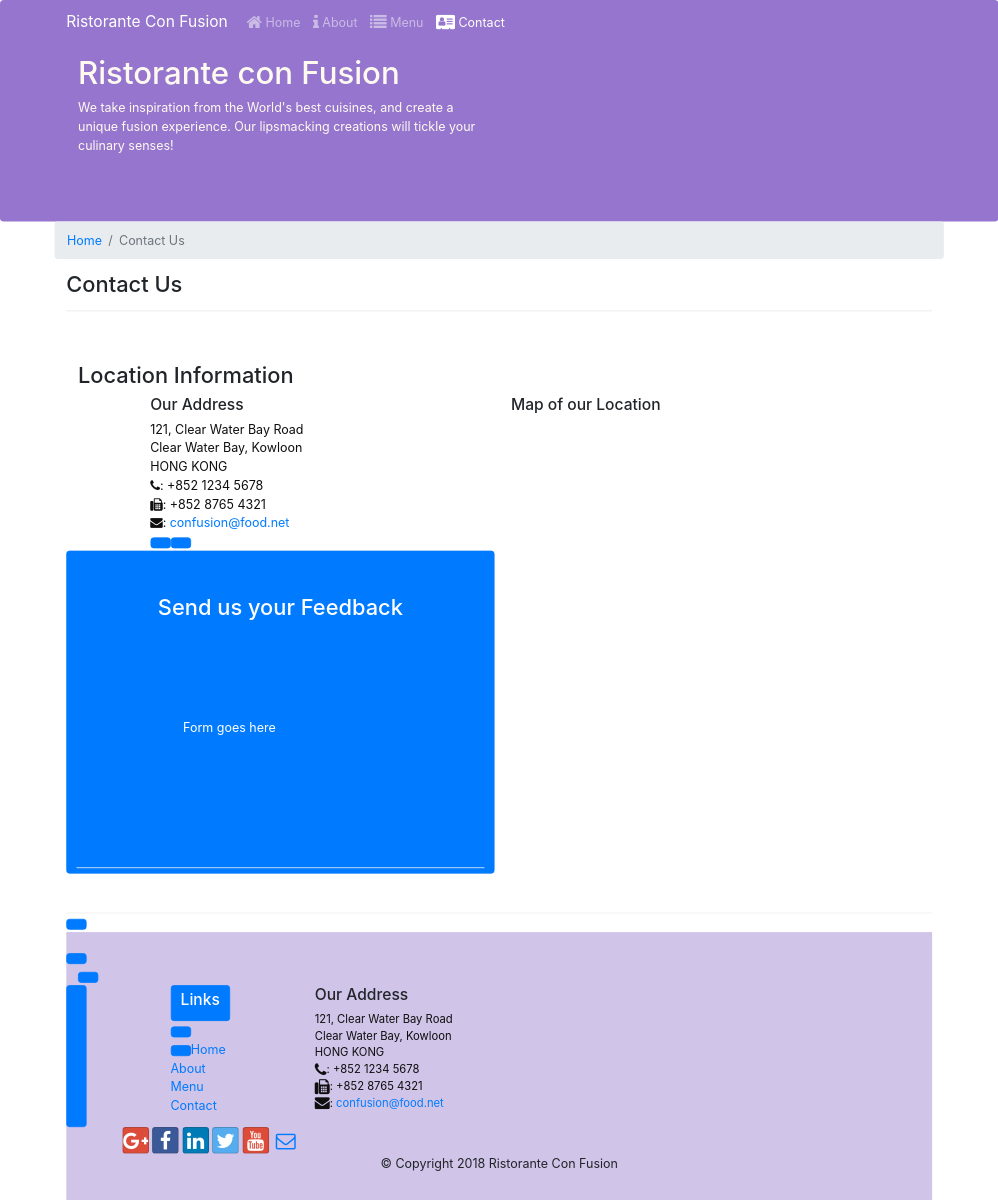
Repository: HwZau/conFusion
Page: contactus.html
An editor plug-in stored every save of this project. The page is shown before and after a run of saves, followed by the edit.
The browser window is 1280 px wide. The pictures show the whole page, at 78% of full size.

Above is the page before, as saved 2022-05-19 09:31:42.

### contactus.html
<!DOCTYPE html>
<html lang="en">
  <head>
    <title>Ristorante Con Fusion: About Us</title>
    <!-- Required meta tags always come first -->
    <meta charset="utf-8" />
    <meta
      name="viewport"
      content="width=device-width, initial-scale=1, shrink-to-fit=no"
    />
    <meta http-equiv="x-ua-compatible" content="ie=edge" />

    <!-- Bootstrap CSS -->
    <link
      rel="stylesheet"
      href="node_modules/bootstrap/dist/css/bootstrap.min.css"
    />
    <link
      rel="stylesheet"
      href="node_modules/font-awesome/css/font-awesome.min.css"
    />
    <link
      rel="stylesheet"
      href="node_modules/bootstrap-social/bootstrap-social.css"
    />
    <link rel="stylesheet" href="css/style.css" />
  </head>

  <body>
    <nav class="navbar navbar-dark navbar-expand-sm fixed-top">
      <div class="container">
        <button
          class="navbar-toggler"
          type="button"
          data-toggle="collapse"
          data-target="#Navbar"
        >
          <span class="navbar-toggler-icon"></span>
        </button>
        <a class="navbar-brand" href="#">Ristorante Con Fusion</a>
        <div class="collapse navbar-collapse" id="Navbar">
          <ul class="navbar-nav mr-auto">
            <li class="nav-item">
              <a class="nav-link" href="./index.html"
                ><span class="fa fa-home fa-lg"></span> Home</a
              >
            </li>
            <li class="nav-item">
              <a class="nav-link" href="./aboutus.html"
                ><span class="fa fa-info fa-lg"></span> About</a
              >
            </li>
            <li class="nav-item">
              <a class="nav-link" href="#"
                ><span class="fa fa-list fa-lg"></span> Menu</a
              >
            </li>
            <li class="nav-item active">
              <a class="nav-link" href="#"
                ><span class="fa fa-address-card fa-lg"></span> Contact</a
              >
            </li>
          </ul>
        </div>
      </div>
    </nav>

    <header class="jumbotron">
      <div class="container">
        <div class="row row-header">
          <div class="col-12 col-sm-6">
            <h1>Ristorante con Fusion</h1>
            <p>
              We take inspiration from the World's best cuisines, and create a
              unique fusion experience. Our lipsmacking creations will tickle
              your culinary senses!
            </p>
          </div>
          <div class="col-12 col-sm"></div>
        </div>
      </div>
    </header>

    <div class="container">
      <div class="row">
        <ol class="col-12 breadcrumb">
          <li class="breadcrumb-item"><a href="./index.html">Home</a></li>
          <li class="breadcrumb-item active">Contact Us</li>
        </ol>
        <div class="col-12">
          <h3>Contact Us</h3>
          <hr />
        </div>
      </div>

      <div class="row row-content">
        <div class="col-12">
          <h3>Location Information</h3>
        </div>
        <div class="col-12 col-sm-4 offset-sm-1">
          <h5>Our Address</h5>
          <address style="font-size: 100%">
            121, Clear Water Bay Road<br />
            Clear Water Bay, Kowloon<br />
            HONG KONG<br />
            <i class="fa fa-phone"></i>: +852 1234 5678<br />
            <i class="fa fa-fax"></i>: +852 8765 4321<br />
            <i class="fa fa-envelope"></i>:
            <a href="mailto:confusion@food.net">confusion@food.net</a>
          </address>
        </div>
        <div class="col-12 col-sm-6 offset-sm-1">
          <h5>Map of our Location</h5>
        </div>
        <div class="col-12 col-sm-11 offset-sm-1">
            <div class="btn-group" role="group">
                <a role="button" class="btn btn-primary" href="tel:+"
            </div>
        </div>
      </div>

      <div class="row row-content">
        <div class="col-12">
          <h3>Send us your Feedback</h3>
        </div>
        <div class="col-12 col-md-9">Form goes here</div>
        <div class="col-12 col-md"></div>
      </div>
    </div>

    <footer class="footer">
      <div class="container">
        <div class="row">
          <div class="col-4 offset-1 col-sm-2">
            <h5>Links</h5>
            <ul class="list-unstyled">
              <li><a href="#">Home</a></li>
              <li><a href="#">About</a></li>
              <li><a href="#">Menu</a></li>
              <li><a href="#">Contact</a></li>
            </ul>
          </div>
          <div class="col-7 col-sm-5">
            <h5>Our Address</h5>
            <address>
              121, Clear Water Bay Road<br />
              Clear Water Bay, Kowloon<br />
              HONG KONG<br />
              <i class="fa fa-phone fa-lg"></i>: +852 1234 5678<br />
              <i class="fa fa-fax fa-lg"></i>: +852 8765 4321<br />
              <i class="fa fa-envelope fa-lg"></i>:
              <a href="mailto:confusion@food.net">confusion@food.net</a>
            </address>
          </div>
          <div class="col-12 col-sm-4 align-self-center">
            <div class="text-center">
              <a
                class="btn btn-social-icon btn-google"
                href="http://google.com/+"
                ><i class="fa fa-google-plus"></i
              ></a>
              <a
                class="btn btn-social-icon btn-facebook"
                href="http://www.facebook.com/profile.php?id="
                ><i class="fa fa-facebook"></i
              ></a>
              <a
                class="btn btn-social-icon btn-linkedin"
                href="http://www.linkedin.com/in/"
                ><i class="fa fa-linkedin"></i
              ></a>
              <a
                class="btn btn-social-icon btn-twitter"
                href="http://twitter.com/"
                ><i class="fa fa-twitter"></i
              ></a>
              <a
                class="btn btn-social-icon btn-google"
                href="http://youtube.com/"
                ><i class="fa fa-youtube"></i
              ></a>
              <a class="btn btn-social-icon" href="mailto:"
                ><i class="fa fa-envelope-o"></i
              ></a>
            </div>
          </div>
        </div>
        <div class="row justify-content-center">
          <div class="col-auto">
            <p>© Copyright 2018 Ristorante Con Fusion</p>
          </div>
        </div>
      </div>
    </footer>
    <!-- jQuery first, then Popper.js, then Bootstrap JS. -->
    <script src="node_modules/jquery/dist/jquery.slim.min.js"></script>
    <script src="node_modules/popper.js/dist/umd/popper.min.js"></script>
    <script src="node_modules/bootstrap/dist/js/bootstrap.min.js"></script>
  </body>
</html>

### css/style.css

.row-header {
	margin: 0px auto;
	padding: 0px auto;
}

.row-content {
	margin: 0 auto;
	padding: 50px 0px 50px 0px;
	border-bottom: 1px ridge;
	min-height: 400px;
}

.footer {
	background-color: #D1C4E9;
	margin: 0px auto;
	padding: 20px 0px 20px 0px;
}

.jumbotron {
	padding: 70px 30px 70px 30px;
	margin: 0px auto;
	background: #9575CD;
	color: floralwhite;
}

address {
	font-size: 90%;
	margin: 0px;
	color:#0f0f0f;
}

Loaded but not shown: node_modules/bootstrap/dist/css/bootstrap.min.css (library); node_modules/font-awesome/css/font-awesome.min.css (library); node_modules/bootstrap-social/bootstrap-social.css (library); node_modules/jquery/dist/jquery.slim.min.js (library); node_modules/popper.js/dist/umd/popper.min.js (library); node_modules/bootstrap/dist/js/bootstrap.min.js (library)

After the next 3 saves:
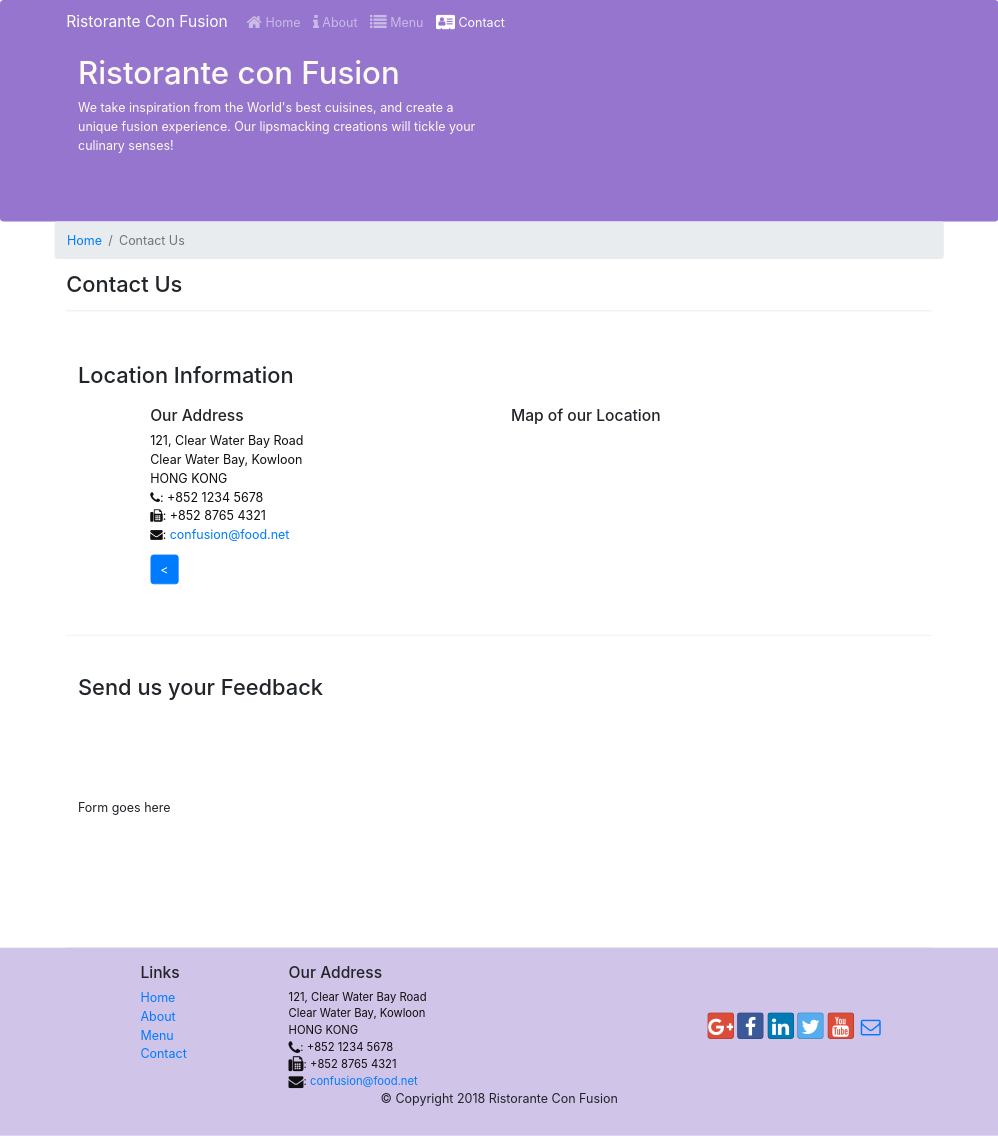
The 3 saves are shown as one change because they came seconds apart.
The last was saved 14 s later.
--- a/contactus.html
+++ b/contactus.html
@@ -114,7 +114,7 @@
         </div>
         <div class="col-12 col-sm-11 offset-sm-1">
             <div class="btn-group" role="group">
-                <a role="button" class="btn btn-primary" href="tel:+"
+                <a role="button" class="btn btn-primary" href="tel:+85212345678"><</a>
             </div>
         </div>
       </div>
